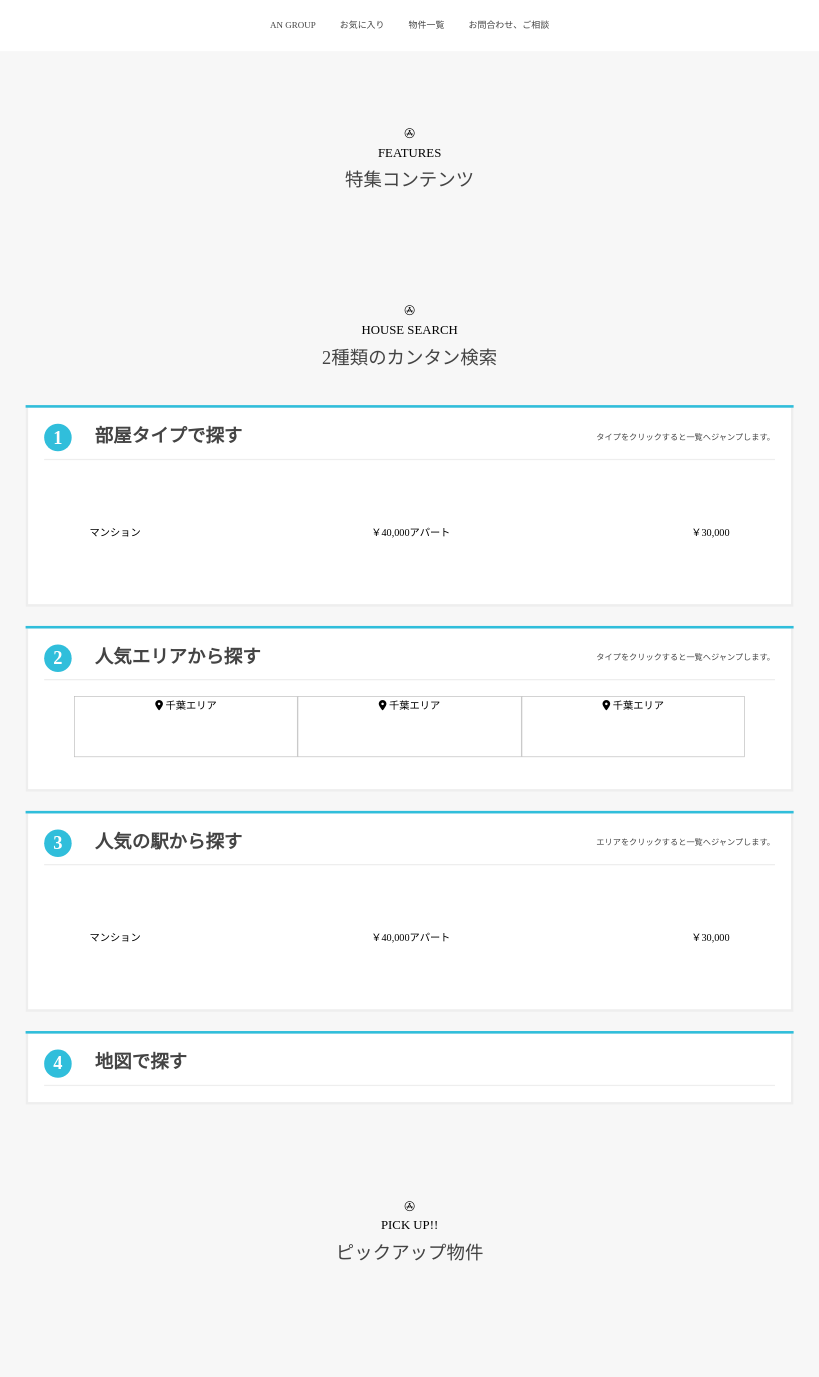
Repository: ninhdavid/real-estate
Page: index.html
These files come from the project's save history. The page is drawn as it stood at one moment and after the next save; the edit follows.
The browser window is 1280 px wide. The pictures show the whole page, at 64% of full size.
Some web libraries are served in a nearby version. The style sheet was rebuilt from its Sass, Less or Tailwind sources for each picture, by a compiler version that may differ from the author's.

Above is the page before, as saved 2022-05-12 16:47:51.

After the next save:
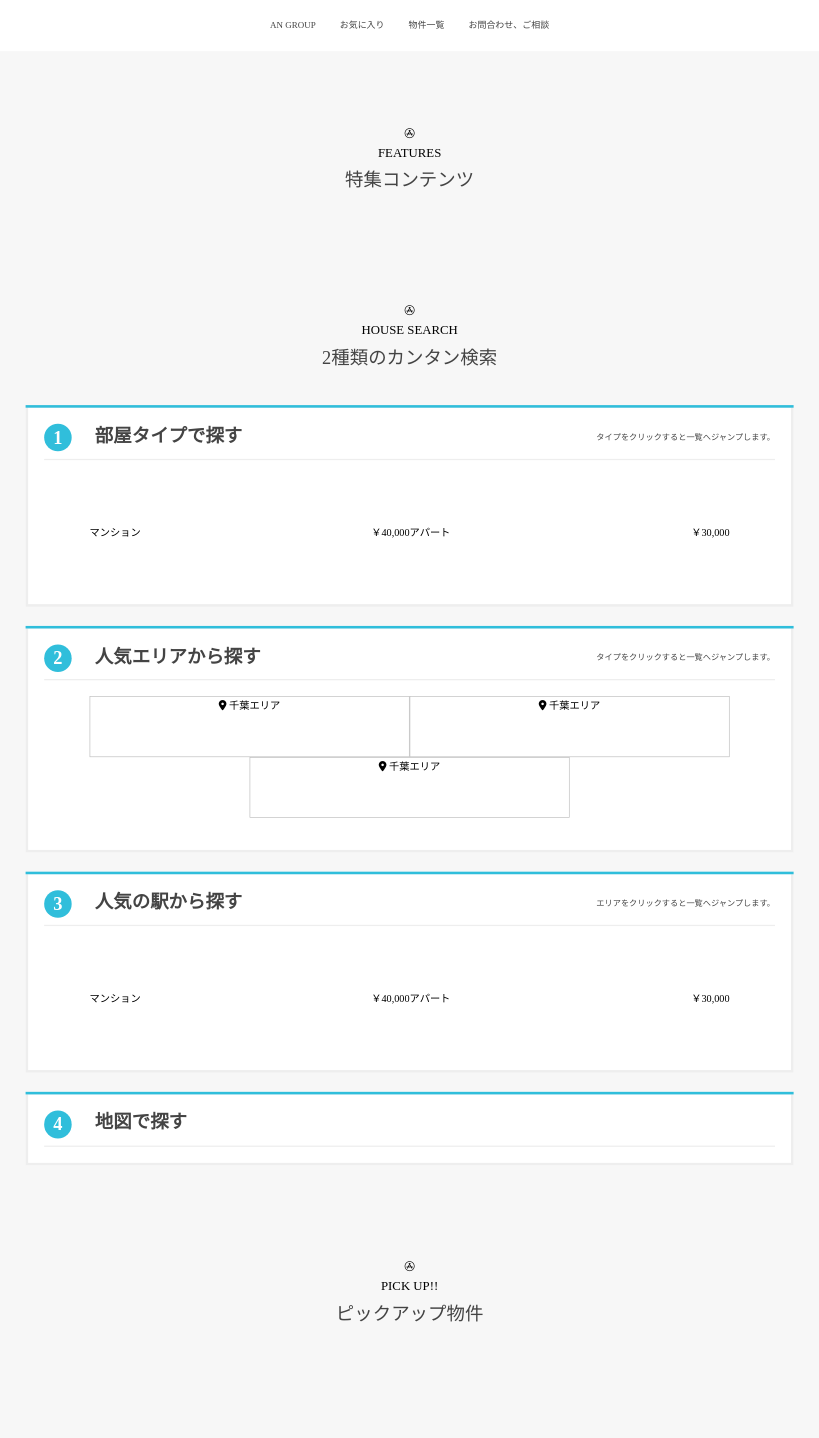
Saved 26 s later.
--- a/css/main.scss
+++ b/css/main.scss
@@ -173,5 +173,5 @@
 .location-des{
     border:1px solid #bbbbbb;
     height:95px;
-    width:32%;
+
 }
